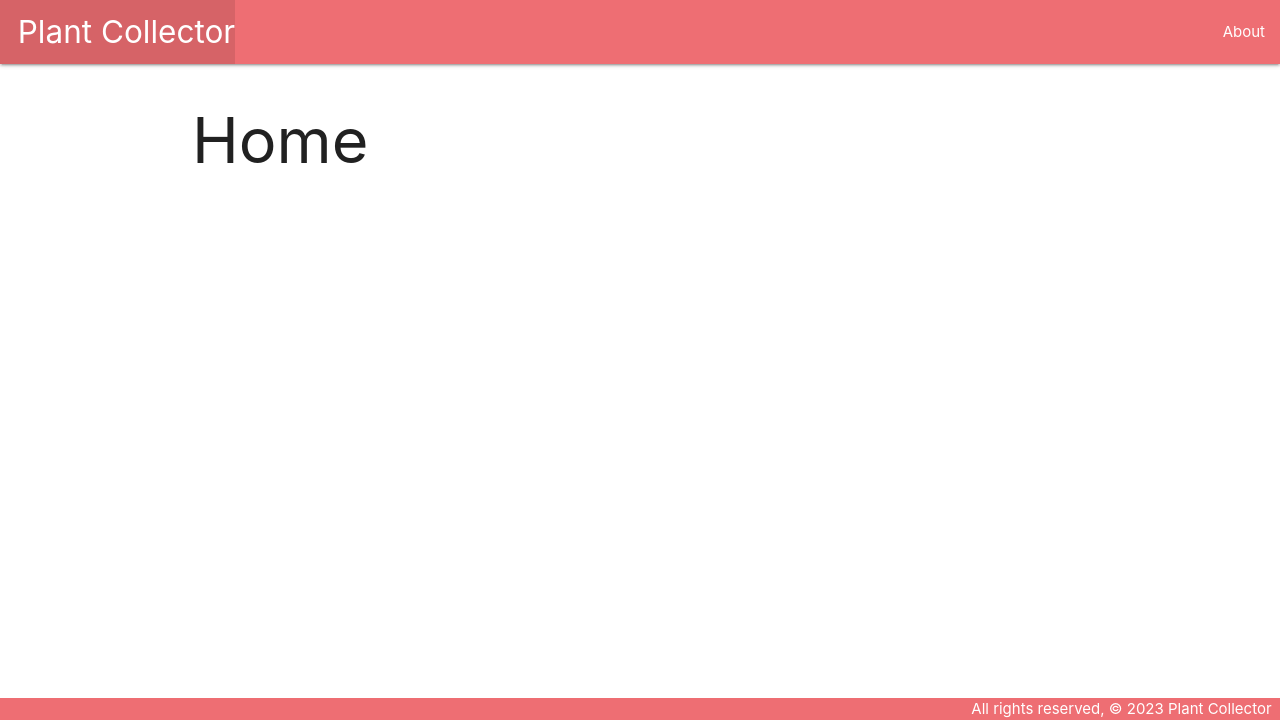
Repository: thecoachanna/plant-collector
Page: http://localhost/
The author's editor kept a copy of each file at every save. The page is drawn from the files as they stood at one save, then again after a run of saves.
The browser window is 1280 px wide. The pictures show the whole page.
The page is served by the project's application, run on Django 4.2 (manage.py). Other server files are loaded and not shown.

Above is the page before, as saved 2023-03-11 15:42:40.

### main_app/templates/home.html
{% extends 'base.html' %}
{% block content %}
    <h1>Home</h1>
{% endblock %}

### main_app/templates/base.html
{% load static %}
<!DOCTYPE html>
<html lang="en">
<head>
    <meta charset="UTF-8">
    <meta http-equiv="X-UA-Compatible" content="IE=edge">
    <meta name="viewport" content="width=device-width, initial-scale=1.0">
    <title>Plant Collector</title>
    <link rel="stylesheet" href="https://cdnjs.cloudflare.com/ajax/libs/materialize/1.0.0/css/materialize.min.css">
    <script src="https://cdnjs.cloudflare.com/ajax/libs/materialize/1.0.0/js/materialize.min.js"></script>
    <link rel="stylesheet" type="text/css" href="{% static 'css/style.css' %}">
</head>
<body>
    <header class="navbar-fixed">
        <nav>
            <div class="nav-wrapper">
                <ul>
                    <li><a href="/" class="left brand-logo">&nbsp;&nbsp;Plant Collector</a></li>
                </ul>
                <ul class="right">
                    <li><a href="{% url 'about' %}">About</a></li>
                    {% comment %} <li><a href="{% url 'plants_create' %}">Add a Plant</a></li>
                    <li><a href="{% url 'index' %}">View All My Plants</a></li> {% endcomment %}
                </ul>
            </div>
        </nav>
    </header>
    <main class="container">
        {% block content %}
        {% endblock %}
    </main>
    <footer class="page-footer">
        <div class="right">All rights reserved, &copy; 2023 Plant Collector &nbsp;</div>
    </footer>
</body>
</html>

### main_app/views.py
from django.shortcuts import render
from .models import Plant

# Create your views here.
# View functions match URLs to code like Controllers in Express
# define home view function
def home(request):
    return render(request, 'home.html')

# define about view function
def about(request):
    return render(request, 'about.html')

# index route for plants
def plants_index(request):
    # pass data to our templates through view functions - gather relations from SQL using model methods
    plants = Plant.objects.all()
    return render(request, 'plants/index.html', {'plants': plants})

# Detail route for plants
# plant_id is defined, expecting an integer in our url
def plants_detail(request, plant_id):
    plant = Plant.objects.get(id=plant_id)

    return render(request, 'plants/detail.html', { 'plant': plant })

### plantcollector/urls.py
"""plantcollector URL Configuration

The `urlpatterns` list routes URLs to views. For more information please see:
    https://docs.djangoproject.com/en/4.1/topics/http/urls/
Examples:
Function views
    1. Add an import:  from my_app import views
    2. Add a URL to urlpatterns:  path('', views.home, name='home')
Class-based views
    1. Add an import:  from other_app.views import Home
    2. Add a URL to urlpatterns:  path('', Home.as_view(), name='home')
Including another URLconf
    1. Import the include() function: from django.urls import include, path
    2. Add a URL to urlpatterns:  path('blog/', include('blog.urls'))
"""
from django.contrib import admin
from django.urls import path, include

urlpatterns = [
    path('admin/', admin.site.urls),
    # '' represents the "starts with" path
    path('', include('main_app.urls')),
]

### main_app/urls.py
from django.urls import path
from . import views

urlpatterns = [
    # using an empty string makes this the root route
    # views.home refers to a view that renders a file
    # the name='home' kwarg gives the route a name
    # naming routes is optional but best practice
    path('', views.home, name='home'),
    path('about/', views.about, name='about'),
    # path for plants
    path('plants/', views.plants_index, name='index'),
    path('plants/<int:plant_id>/', views.plants_detail, name='detail'),
]

Loaded but not shown: main_app/static/css/style.css (common file)

After the next 3 saves:
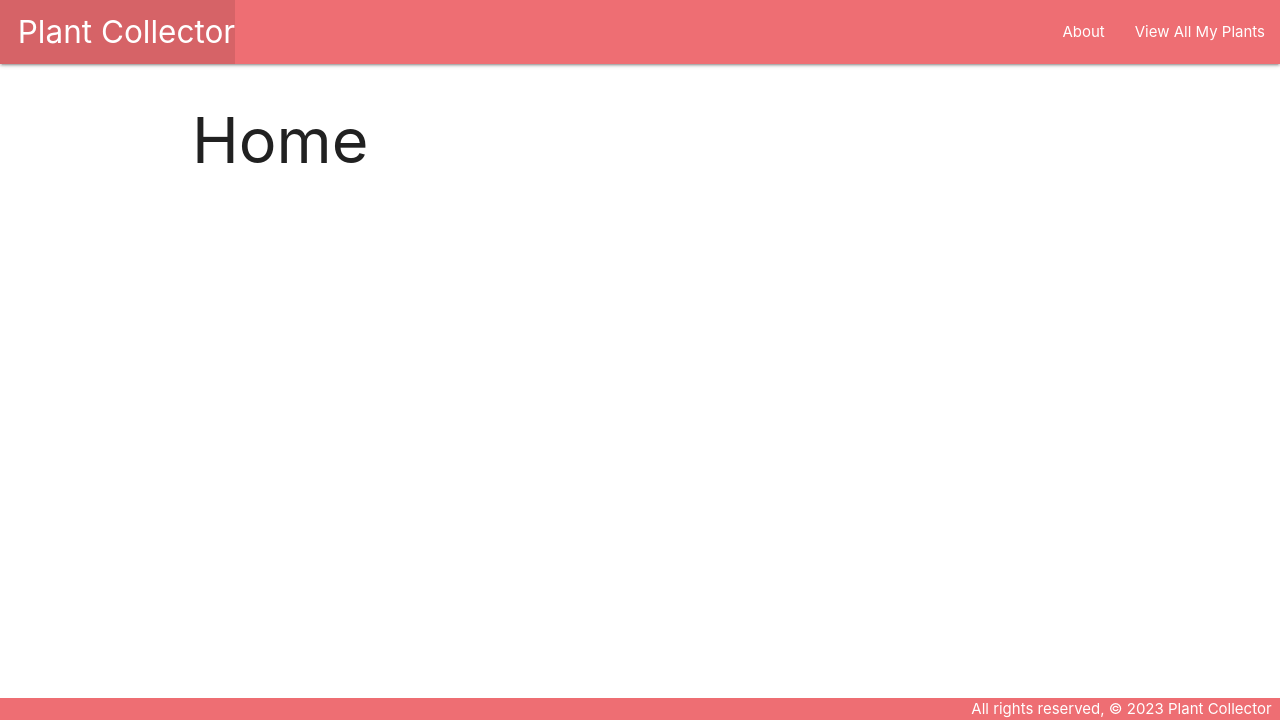
The 3 saves are shown as one change because 2 did not build or start.
The last was saved 29 s later.
--- a/main_app/templates/base.html
+++ b/main_app/templates/base.html
@@ -19,8 +19,8 @@
                 </ul>
                 <ul class="right">
                     <li><a href="{% url 'about' %}">About</a></li>
-                    {% comment %} <li><a href="{% url 'plants_create' %}">Add a Plant</a></li>
-                    <li><a href="{% url 'index' %}">View All My Plants</a></li> {% endcomment %}
+                    {% comment %} <li><a href="{% url 'plants_create' %}">Add a Plant</a></li> {% endcomment %}
+                    <li><a href="{% url 'index' %}">View All My Plants</a></li>
                 </ul>
             </div>
         </nav>
